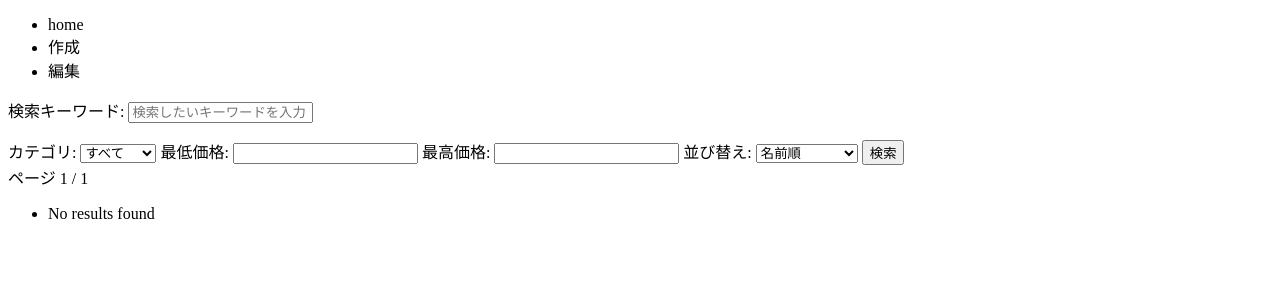
Repository: mamesuke7274/2024_kouki_kuwayamasyoutarou
Page: http://localhost/
These files come from the project's save history. The page is drawn as it stood at one moment and after a run of saves; the edit follows.
The browser window is 1280 px wide. The pictures show the whole page.
The page is served by the project's application, run on Django 4.2 (manage.py). Queries for data that is not in the repository find no rows.

Above is the page before, as saved 2024-10-19 09:45:52.

After the next 2 saves:
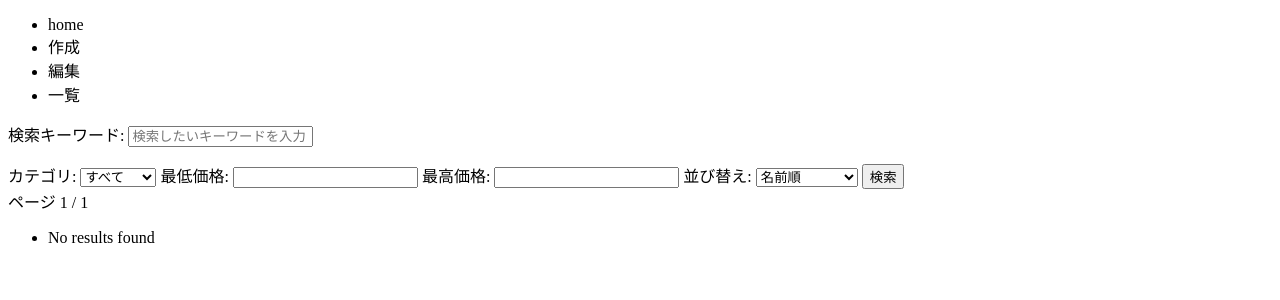
The 2 saves are shown as one change because they came seconds apart.
The last was saved 7 s later.
--- a/search_app/templates/search.html
+++ b/search_app/templates/search.html
@@ -14,6 +14,7 @@
                 <li>home</li>
                 <li>作成</li>
                 <li>編集</li>
+                <li>一覧</li>
             </ul>
         </nav>
     </header>
